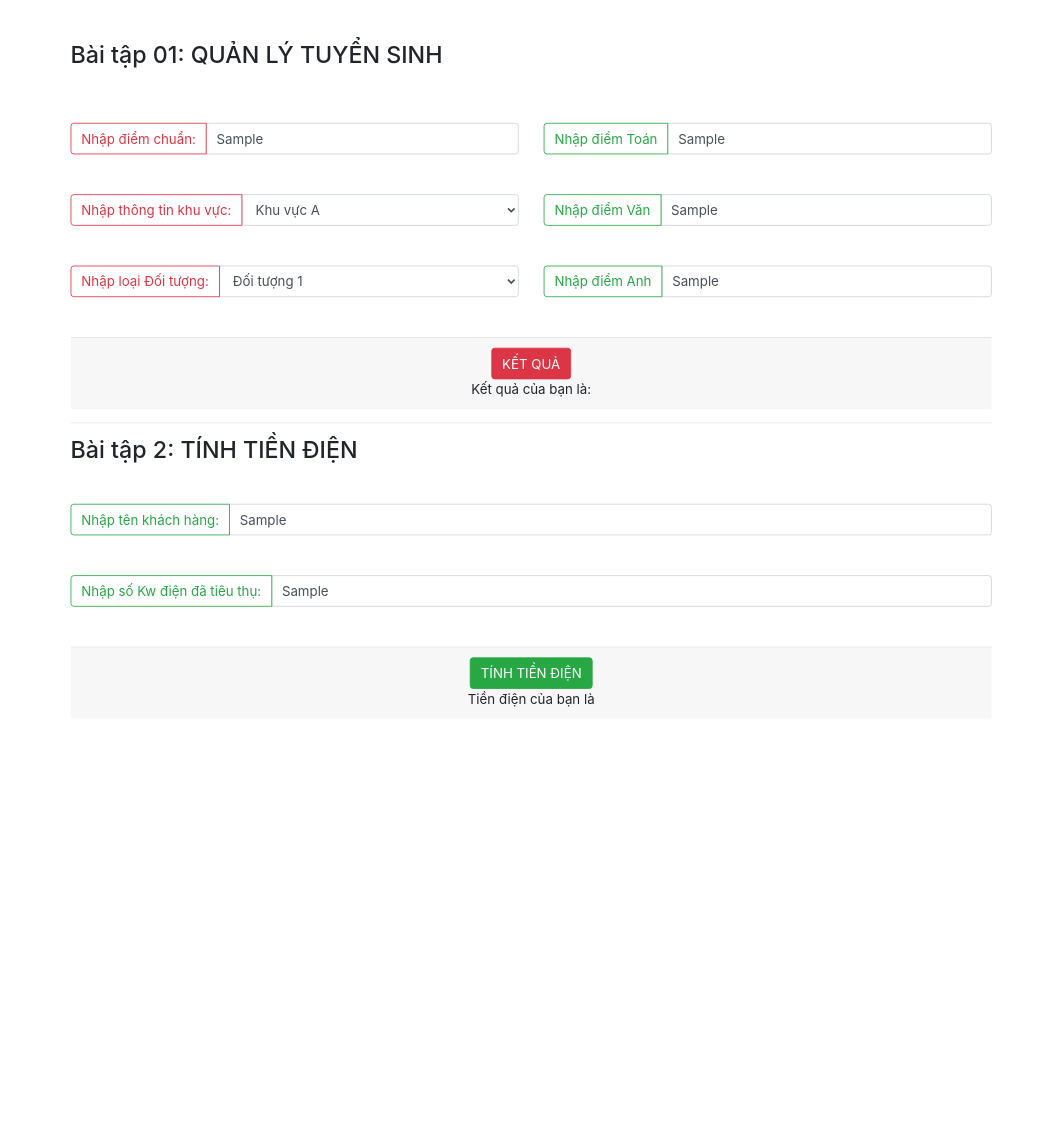
Repository: ducdatit2002/javascript-tinh-day15
Page: index.html
These files come from the project's save history. The page is drawn as it stood at one moment and after the next save; the edit follows.
The browser window is 1280 px wide. The pictures show the whole page, at 83% of full size.
Empty fields were first filled with sample values (such as "Sample", 5 or name@example.com).
After loading, the first visible `#btnTinhTienDien` was clicked once.

Above is the page before, as saved 2023-08-20 19:42:19.

### index.html
<!DOCTYPE html>
<html lang="en">
  <head>
    <title>HOMEWORK BUỔI 15 - JAVASCRIPT</title>
    <!-- Required meta tags -->
    <meta charset="utf-8" />
    <meta
      name="viewport"
      content="width=device-width, initial-scale=1, shrink-to-fit=no"
    />

    <!-- Bootstrap CSS -->
    <link
      rel="stylesheet"
      href="https://stackpath.bootstrapcdn.com/bootstrap/4.3.1/css/bootstrap.min.css"
      integrity="sha384-ggOyR0iXCbMQv3Xipma34MD+dH/1fQ784/j6cY/iJTQUOhcWr7x9JvoRxT2MZw1T"
      crossorigin="anonymous"
    />
  </head>
  <body>
    <div class="container" style="margin-bottom: 500px; margin-top: 50px">
      <div class="baiTap1">
        <h3>Bài tập 01: QUẢN LÝ TUYỂN SINH</h3>
        <div class="row mt-3">
          <div class="col-6">
            <div class="input-group mt-5">
              <div class="input-group-prepend">
                <button class="btn btn-outline-danger">Nhập điểm chuẩn:</button>
              </div>
              <input
                type="text"
                class="form-control"
                id="diemChuan"
                placeholder="Nhập vào điểm chuẩn"
              />
            </div>
            <div class="input-group mt-5">
              <div class="input-group-prepend">
                <button class="btn btn-outline-danger">
                  Nhập thông tin khu vực:
                </button>
              </div>
              <select id="khuVuc" class="form-control">
                <option value="A">Khu vực A</option>
                <option value="B">Khu vực B</option>
                <option value="C">Khu vực C</option>
              </select>
            </div>
            <div class="input-group mt-5">
              <div class="input-group-prepend">
                <button class="btn btn-outline-danger">
                  Nhập loại Đối tượng:
                </button>
              </div>
              <select id="doiTuong" class="form-control">
                <option value="1">Đối tượng 1</option>
                <option value="2">Đối tượng 2</option>
                <option value="3">Đối tượng 3</option>
              </select>
            </div>
          </div>
          <div class="col-6">
            <div class="input-group mt-5">
              <div class="input-group-prepend">
                <button class="btn btn-outline-success">Nhập điểm Toán</button>
              </div>
              <input
                type="text"
                class="form-control"
                id="diemToan"
                placeholder="Nhập vào điểm Toán"
              />
            </div>
            <div class="input-group mt-5">
              <div class="input-group-prepend">
                <button class="btn btn-outline-success">Nhập điểm Văn</button>
              </div>
              <input
                type="text"
                class="form-control"
                id="diemVan"
                placeholder="Nhập vào điểm Văn"
              />
            </div>
            <div class="input-group mt-5">
              <div class="input-group-prepend">
                <button class="btn btn-outline-success">Nhập điểm Anh</button>
              </div>
              <input
                type="text"
                class="form-control"
                id="diemAnh"
                placeholder="Nhập vào điểm Anh"
              />
            </div>
          </div>
        </div>
        <div class="card-footer text-center mt-5">
          <button id="btnKetQua" class="btn btn-danger">KẾT QUẢ</button>
          <br />
          <span id="ketQua" class="mt-2 display-5">Kết quả của bạn là: </span>
        </div>
      </div>
      <hr />
      <div class="baiTap2">
        <h3>Bài tập 2: TÍNH TIỀN ĐIỆN</h3>
        <div class="input-group mt-5">
          <div class="input-group-prepend">
            <button class="btn btn-outline-success">
              Nhập tên khách hàng:
            </button>
          </div>
          <input
            type="text"
            class="form-control"
            id="tenKhachHang"
            placeholder="Nhập tên khách hàng"/>
        </div>
        <div class="input-group mt-5">
          <div class="input-group-prepend">
            <button class="btn btn-outline-success">
              Nhập số Kw điện đã tiêu thụ:
            </button>
          </div>
          <input
            type="text"
            class="form-control"
            id="SoKwTieuThu"
            placeholder="Nhập số Kw điện"/>
        </div>
        <div class="card-footer text-center mt-5">
          <button id="btnTinhTienDien" class="btn btn-success">TÍNH TIỀN ĐIỆN</button>
          <br />
          <span id="TienDien" class="mt-2 display-5">Tiền điện của bạn là </span>
        </div>
      </div>
    </div>
    <!-- Optional JavaScript -->
    <!-- jQuery first, then Popper.js, then Bootstrap JS -->
    <script
      src="https://code.jquery.com/jquery-3.3.1.slim.min.js"
      integrity="sha384-q8i/X+965DzO0rT7abK41JStQIAqVgRVzpbzo5smXKp4YfRvH+8abtTE1Pi6jizo"
      crossorigin="anonymous"
    ></script>
    <script
      src="https://cdnjs.cloudflare.com/ajax/libs/popper.js/1.14.7/umd/popper.min.js"
      integrity="sha384-UO2eT0CpHqdSJQ6hJty5KVphtPhzWj9WO1clHTMGa3JDZwrnQq4sF86dIHNDz0W1"
      crossorigin="anonymous"
    ></script>
    <script
      src="https://stackpath.bootstrapcdn.com/bootstrap/4.3.1/js/bootstrap.min.js"
      integrity="sha384-JjSmVgyd0p3pXB1rRibZUAYoIIy6OrQ6VrjIEaFf/nJGzIxFDsf4x0xIM+B07jRM"
      crossorigin="anonymous"
    ></script>
    <script src="./index.js"></script>
  </body>
</html>

### index.js
// Bài tập 1: QUẢN LÝ TUYỂN SINH
document.getElementById("btnKetQua").onclick = function () {
  // Input: điểm Toán, điểm Lý, điểm Hoá, điểm chuẩn, khu vực, đối tượng
  // Lưu ý: Dữ liệu người dùng nhập mặc định là chuỗi
  var diemChuan = parseFloat(document.getElementById("diemChuan").value);
  var diemToan = parseFloat(document.getElementById("diemToan").value);
  var diemVan = parseFloat(document.getElementById("diemVan").value);
  var diemAnh = parseFloat(document.getElementById("diemAnh").value);
  var khuVuc = document.getElementById("khuVuc").value;
  var doiTuong = parseInt(document.getElementById("doiTuong").value);

  var diemUuTien = 0;

  // Tính điểm ưu tiên khu vực
  switch (khuVuc) {
    case "A":
      diemUuTien += 2;
      break;
    case "B":
      diemUuTien += 1;
      break;
    case "C":
      diemUuTien += 0.5;
      break;
  }

  // Tính điểm ưu tiên đối tượng
  switch (doiTuong) {
    case 1:
      diemUuTien += 2.5;
      break;
    case 2:
      diemUuTien += 1.5;
      break;
    case 3:
      diemUuTien += 1;
      break;
  }

  // Tính điểm tổng kết
  var diemTongKet = diemToan + diemVan + diemAnh + diemUuTien;

  var ketQuaText = "";
  if (
    diemTongKet >= diemChuan &&
    diemToan !== 0 &&
    diemVan !== 0 &&
    diemAnh !== 0
  ) {
    ketQuaText = "Thí sinh trúng tuyển với số điểm đạt được: " + diemTongKet;
  } else {
    ketQuaText =
      "Thí sinh không trúng tuyển với số điểm đạt được: " + diemTongKet;
  }

  document.getElementById("ketQua").innerText = ketQuaText;
};

//BÀI TẬP 2: TÍNH TIỀN ĐIỆN
document.getElementById("btnTinhTienDien").onclick = function () {
  var tenKhachHang = document.getElementById("tenKhachHang").value;
  var soKwTieuThu = parseFloat(document.getElementById("SoKwTieuThu").value);

  var giaDien = 0;
  if (soKwTieuThu <= 50) {
    giaDien = soKwTieuThu * 500;
  } else if (soKwTieuThu <= 100) {
    giaDien = 50 * 500 + (soKwTieuThu - 50) * 650;
  } else if (soKwTieuThu <= 150) {
    giaDien = 50 * 500 + 50 * 650 + (soKwTieuThu - 100) * 850;
  } else {
    giaDien = 50 * 500 + 50 * 650 + 50 * 850 + (soKwTieuThu - 150) * 1100;
  }


};

After the next save:
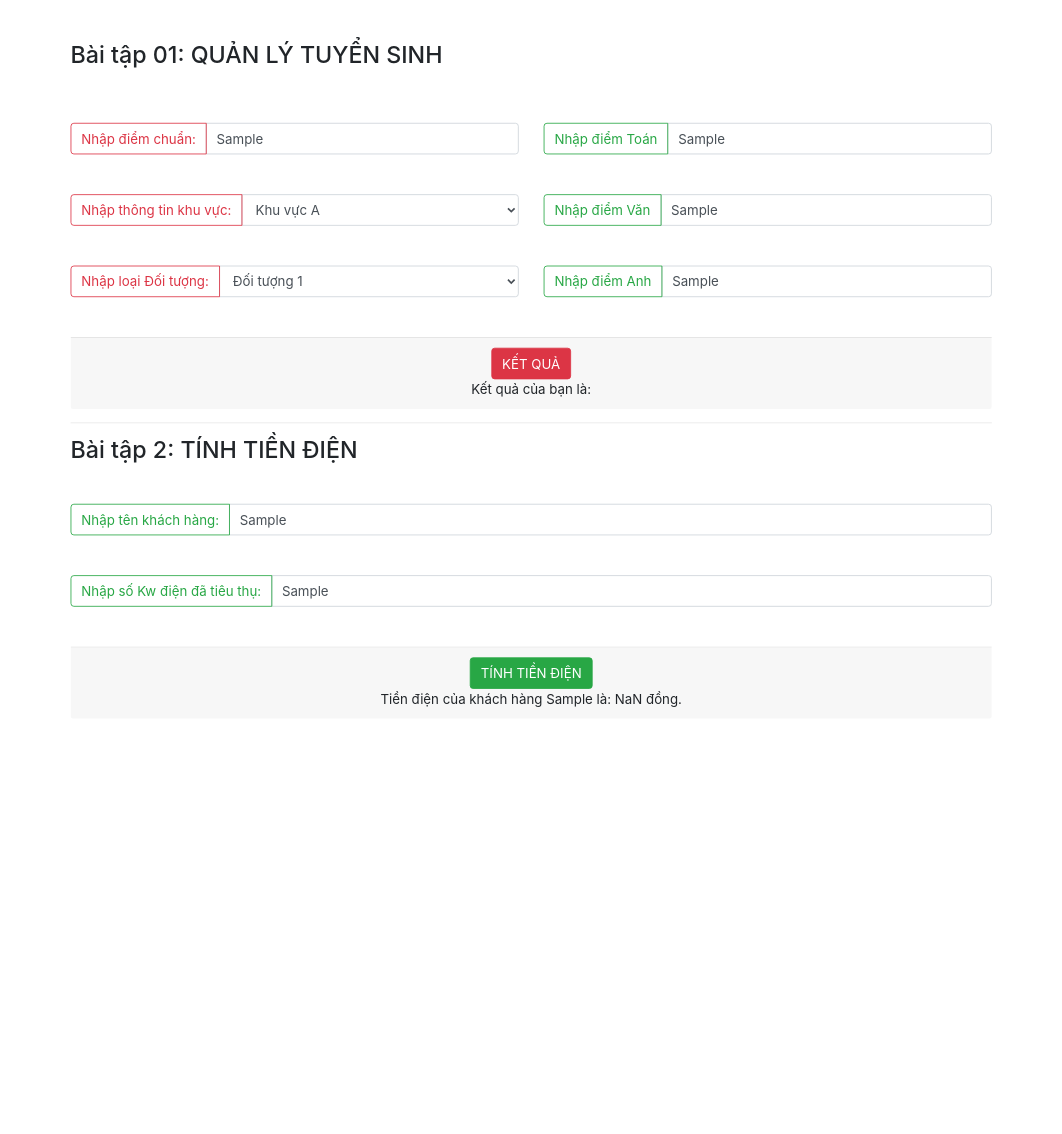
Saved 9 s later.
--- a/index.js
+++ b/index.js
@@ -72,5 +72,8 @@ document.getElementById("btnTinhTienDien").onclick = function () {
     giaDien = 50 * 500 + 50 * 650 + 50 * 850 + (soKwTieuThu - 150) * 1100;
   }
 
+  var tienDienHTML =
+    "Tiền điện của khách hàng " + tenKhachHang + " là: " + giaDien + " đồng.";
 
+  document.getElementById("TienDien").textContent = tienDienHTML;
 };
